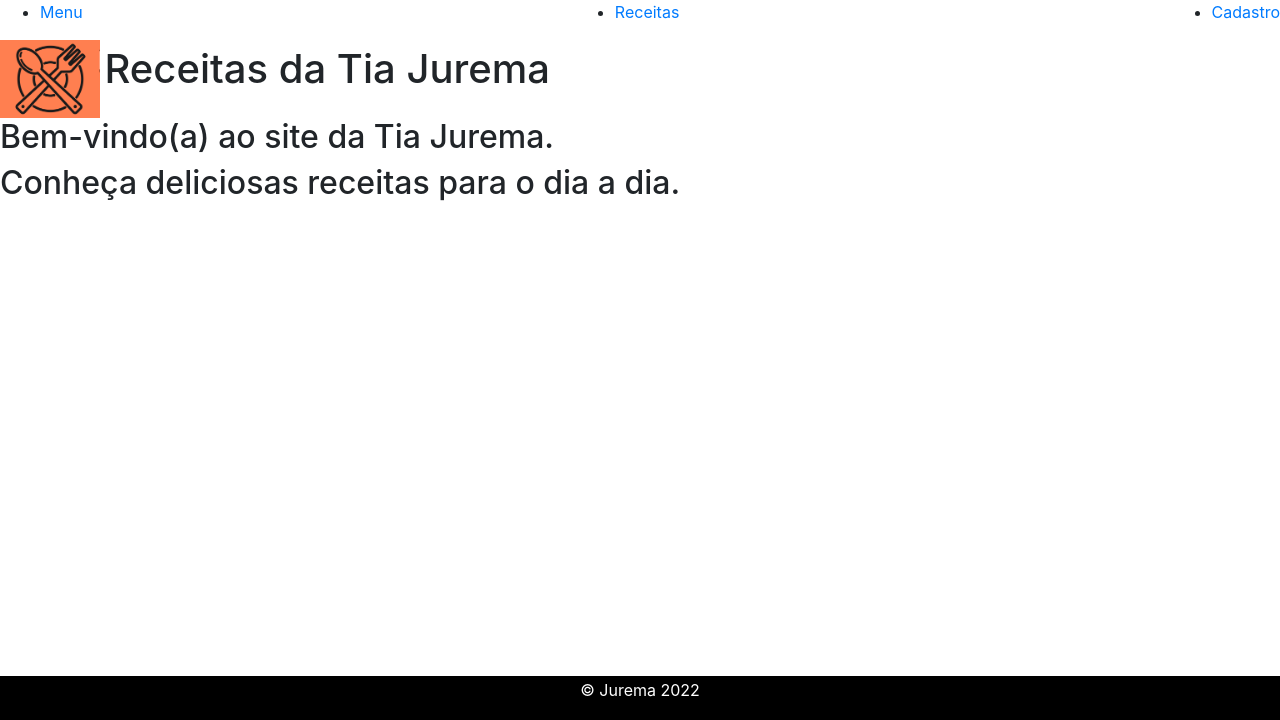
Repository: devropaes/RECEITAS
Page: OneDrive/Área de Trabalho/Estudos/Estácio/receitas/home.html
The author's editor kept a copy of each file at every save. The page is drawn from the files as they stood at one save, then again after the next save.
The browser window is 1280 px wide. The pictures show the whole page.
Some web libraries are served in a nearby version.

Above is the page before, as saved 2024-03-11 21:35:14.

After the next save:
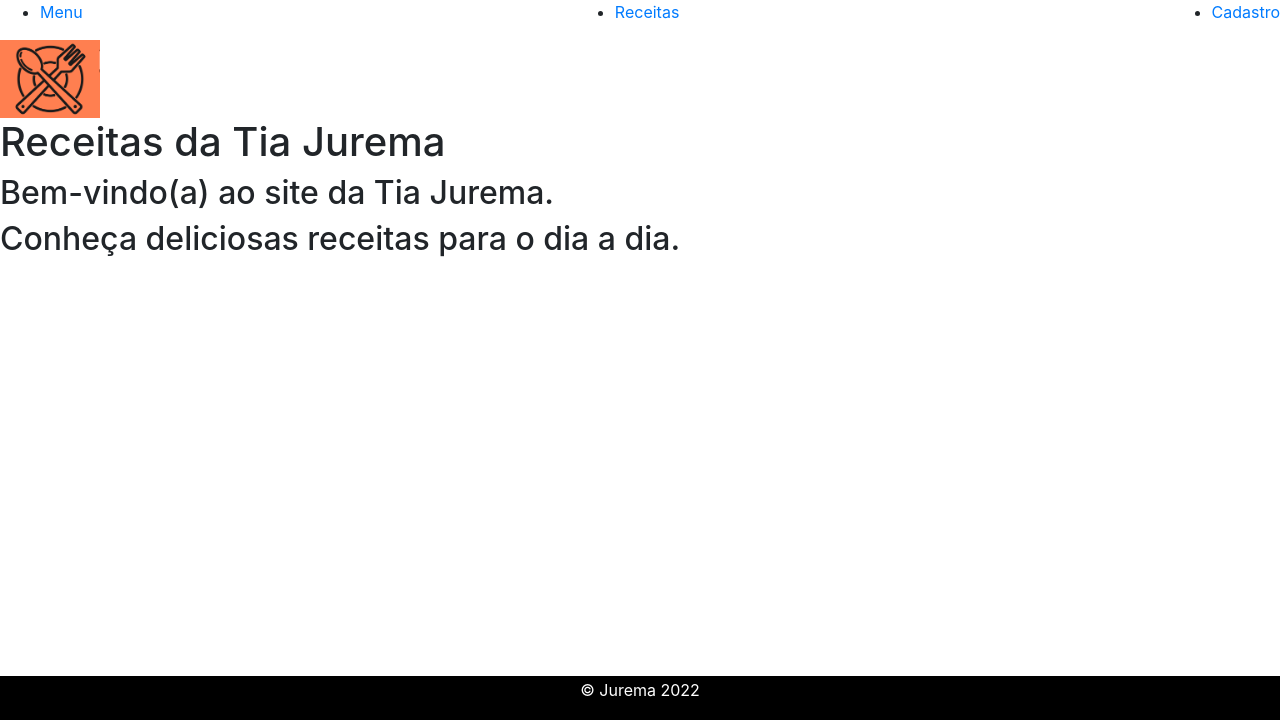
Saved 68 s later.
--- a/OneDrive/Área de Trabalho/Estudos/Estácio/receitas/formatos.css
+++ b/OneDrive/Área de Trabalho/Estudos/Estácio/receitas/formatos.css
@@ -5,6 +5,7 @@
 
 img, h1 {
     display:inline-block
+    background-color: #ff7f50;
 }
 
 body {

After the 2 saves that followed:
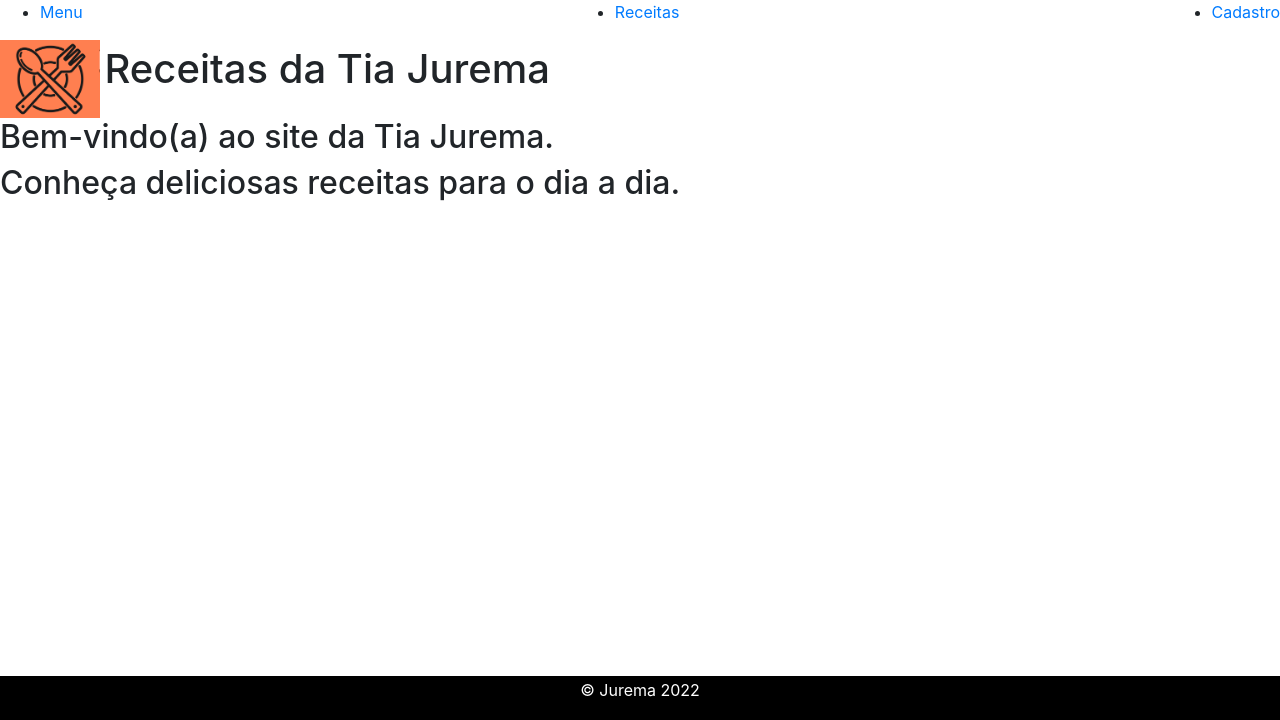
The 2 saves are shown as one change because 1 left the picture as it was.
The last was saved 40 s later.
--- a/OneDrive/Área de Trabalho/Estudos/Estácio/receitas/formatos.css
+++ b/OneDrive/Área de Trabalho/Estudos/Estácio/receitas/formatos.css
@@ -1,11 +1,12 @@
 
 img {
     width: 100px;
+    background-color: #ff7f50;
 }
 
 img, h1 {
     display:inline-block
-    background-color: #ff7f50;
+
 }
 
 body {
